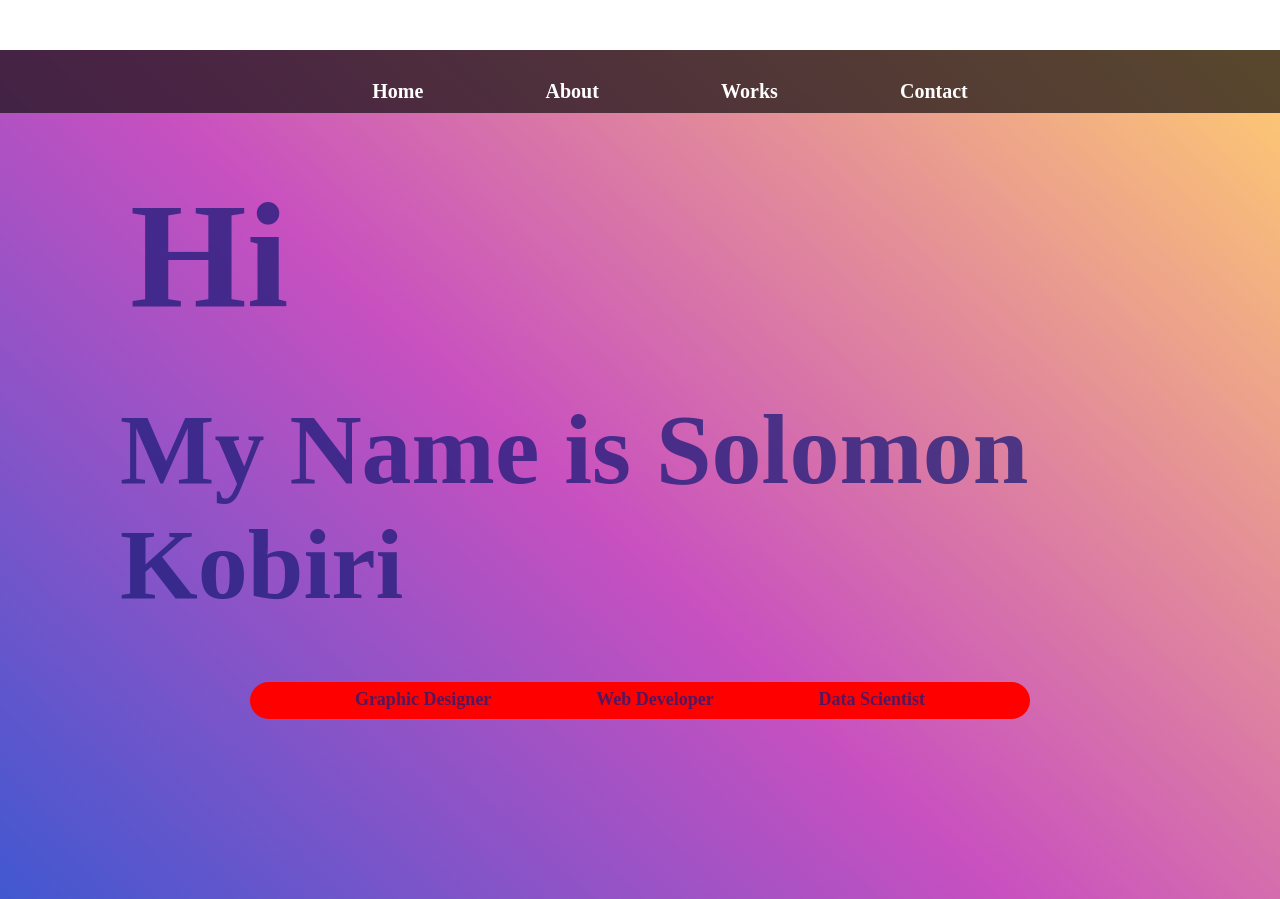
Repository: Kwabena-Kobiri/yellocoders
Page: index.html
The author's editor kept a copy of each file at every save. The page is drawn from the files as they stood at one save, then again after the next save.
The browser window is 1280 px wide. The pictures show the whole page.

Above is the page before, as saved 2021-05-12 22:44:30.

After the next save:
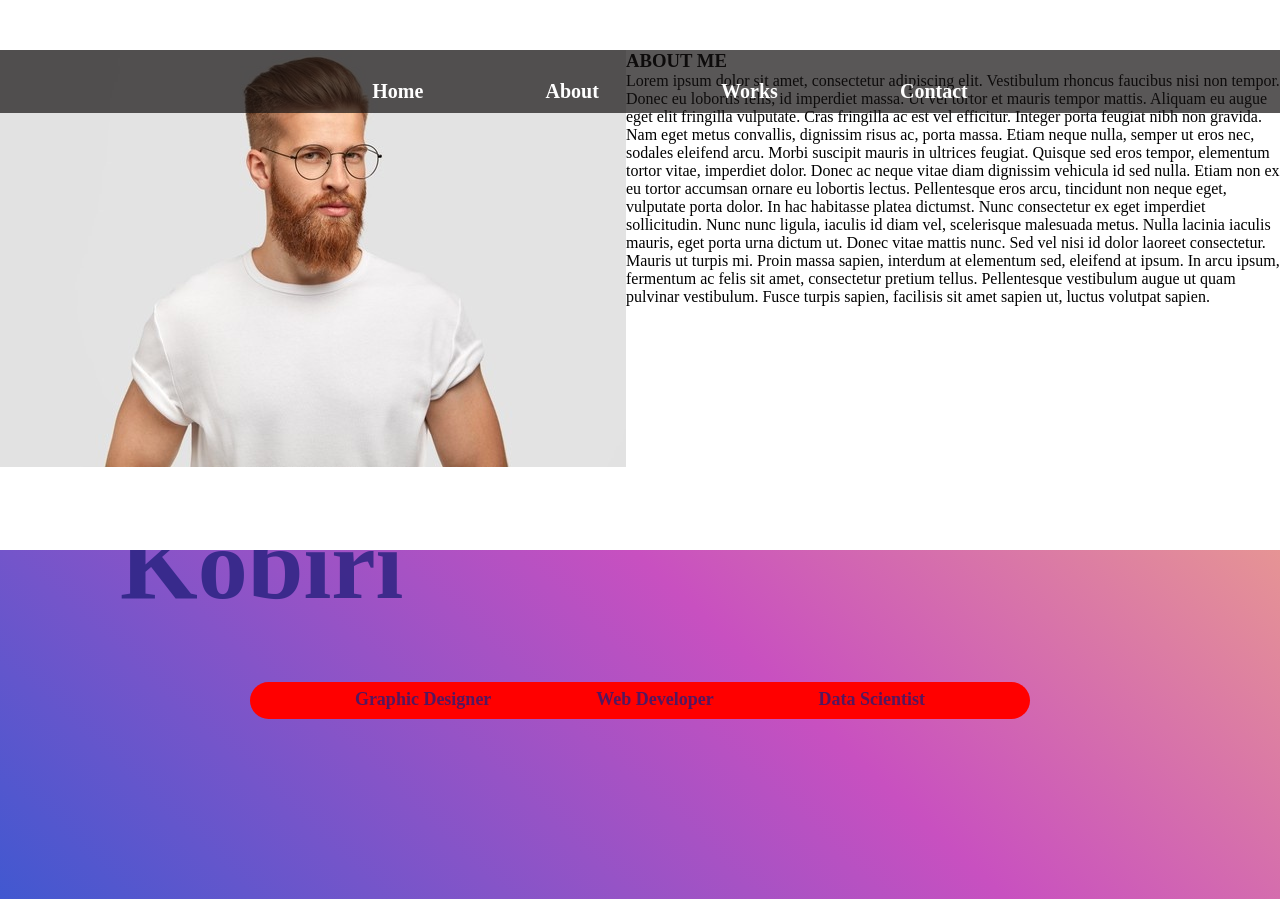
Saved 55 s later.
--- a/index.css
+++ b/index.css
@@ -93,6 +93,7 @@
 /*STYLING FOR ABOUT ME PAGE STARTS HERE*/
 
 #About {
+    position: relative;
     height: 200px;
     display: flex;
     flex-direction: row;
